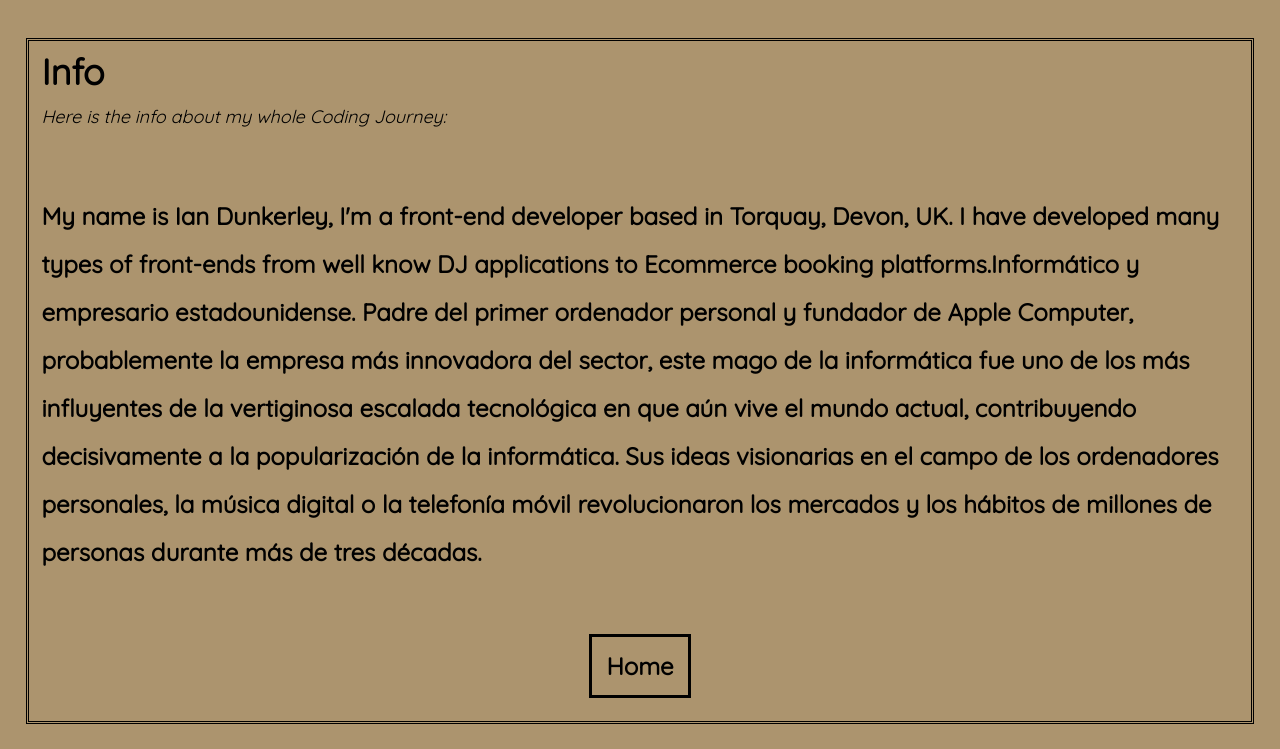
Repository: rickypcyt/ricky-react-portfolio
Page: /Info
An editor plug-in stored every save of this project. The page is shown before and after the next save, followed by the edit.
The browser window is 1280 px wide. The pictures show the whole page.
The project was rebuilt for these pictures with package versions that can differ from the ones it lists, and the page was loaded fresh each time. Also part of the build but not shown: src/Content.js, src/pages/Projects.js, src/pages/Contact.js, src/pages/WebMural.js, src/pages/NotesJS.js.

Above is the page before, as saved 2022-09-12 15:17:40.

### src/index.js
import React from "react";
import ReactDOM from "react-dom/client";
import "./index.css";
import App from "./App";
import reportWebVitals from "./reportWebVitals";
import { BrowserRouter, Routes, Route, Switch } from "react-router-dom";

const root = ReactDOM.createRoot(document.getElementById("root"));
root.render(
  <React.StrictMode>
    <BrowserRouter>
      <App />
    </BrowserRouter>
  </React.StrictMode>
);

// If you want to start measuring performance in your app, pass a function
// to log results (for example: reportWebVitals(console.log))
// or send to an analytics endpoint. Learn more: https://bit.ly/CRA-vitals
reportWebVitals();

### src/index.css
@import url("https://fonts.googleapis.com/css2?family=Quicksand");

input[type="file"] {
  display: none;
}
.container {
  top: 0%;
  left: 0%;
}
::marker {
  display: none;
}
.image-container {
  width: 100%;
  margin: auto;
  display: flex;
  flex-direction: row;
  justify-content: space-evenly;
  gap: 15px;
  padding: 10px;
}
body {
  line-height: 1;
  font-family: "Quicksand";
  font-size: large;
  margin: 2%;
  padding: 1%;
  border-style: double;
  margin-top: 3%;
  background: #ac946e;
}
ol {
  list-style: none;
  display: flex;
  padding: 0;
  justify-content: space-around;
  align-items: flex-start;
  display: flex;
  flex-wrap: wrap;
  align-content: center;
}
.content {
  position: absolute;
  right: calc(var(--pad) * 2);
  bottom: calc(var(--pad) * 2);
  white-space: nowrap;
}
.parrafo {
  line-height: 1.5;
  text-align: end;
  font-size: larger;
}
.parrafo span {
  display: block;
}
.titulo {
  margin: 0;
}
.oli {
  font-weight: bold;
  border-style: solid;
  font-size: x-large;
  padding: 1ch;
}
.descripcion {
  font-weight: lighter;
  font-style: oblique;
}
.oli:hover {
  color: black;
  border-style: dotted;
}
.page {
  padding-top: 2%;
  padding-bottom: 3%;
}
.pageContact {
  padding-top: 8%;
  padding-bottom: 9%;
}
.cabeceranavi {
  padding-bottom: 1%;
}
p {
  font-weight: bold;
}
a {
  color: black;
  text-decoration: none;
  padding: 0ch;
}
span {
  font-size: larger;
}
li {
  width: 7%;
  height: 10%;
}
ul {
  list-style-type: none;
  margin: 0%;
  display: flex;
  align-items: center;
  flex-direction: row;
  padding-top: 5%;
  padding-bottom: 5%;
  padding-left: 0%;
  justify-content: space-around;
}
.imagenes {
  display: block;
  height: auto;
  width: auto;
  padding-top: 5%;
  padding-bottom: 5%;
}

.imagenesproyect {
  position: relative;
}
.fixer {
  display: flex;
  flex-direction: row;
  justify-content: space-evenly;
  padding-bottom: 3%;
}
.overlay {
  position: absolute;
  top: 0.83cm;

  background: rgb(0, 0, 0);
  background: rgb(2, 0.3, 0.9, 0.6); /* Black see-through */
  color: #f1f1f1;
  width: 100%;
  transition: 0.5s ease;
  color: white;
  text-align: center;
  font-size: 20px;
  padding-top: 20px;
  padding-bottom: 20px;
  opacity: 0;
}
.imagenesproyect:hover .overlay {
  opacity: 1;
}
.overlay2 {
  position: absolute;
  bottom: 8%;
  background: rgb(0, 0, 0);
  background: rgba(40, 40, 40, 0.6); /* Black see-through */
  color: #f1f1f1;
  width: 100%;
  transition: 0.5s ease;
  color: white;
  text-align: center;
  font-size: 20px;
  padding-top: 20px;
  padding-bottom: 20px;
  opacity: 0;
}
.imagenesproyect:hover .overlay2 {
  opacity: 1;
}

.homeinfo {
  font-size: x-large;
  line-height: 200%;
}

@media screen and (max-width: 1340px) {
  .fixer {
    flex-direction: column;
    justify-content: center;
  }
  .imagenes {
    height: auto;
    width: 100%;
  }
  ol {
  }
}

.image-container {
  width: auto;
  margin: auto;
  /* display: flex; */
  flex-wrap: wrap;
  gap: 15px;
  padding: 10px;
}

.image-container img {
  max-width: 100%;
  max-height: 225px;
}

.container .image-container .image {
  border: 4px solid black;
  overflow: hidden;
  /* cursor: pointer; */
}

.container .image-container .image img {
  height: 100%;
  width: 100%;
}
@media (max-width: 700px) {
  .image-container img {
    max-height: -10px;
  }
  .cabeceranavi{
    padding-bottom: 7%;
  }
}

.image:hover {
  transform: scale(1.15); /* (150% zoom - Note: if the zoom is too large, it will go outside of the viewport) */
}

### src/App.js
import Content from "./Content";
import Info from "./pages/Info";
import Projects from "./pages/Projects";
import Contact from "./pages/Contact";
import WebMural from "./pages/WebMural";
import NotesJS from "./pages/NotesJS";
import { Route, Routes, Switch } from "react-router-dom";

function App() {
  return (
    <>
      <Routes>
        <Route path="/" element={<Content />}/>
        <Route path="/Projects" element={<Projects />} />
        <Route path="/Info" element={<Info />} />
        <Route path="/Contact" element={<Contact />} />
        <Route path="/WebMural" element={<WebMural />} />
        <Route path="/NotesJS" element={<NotesJS />} />
      </Routes>
    </>
  );
}
export default App;

### src/pages/Info.js
import { Link, useMatch, useResolvedPath } from "react-router-dom";
export default function Info() {
  return (
    <main>
      <div id="Page">
        <div className="cabecera">
          <h1 className="titulo">Info </h1>
          <p className="descripcion">
            Here is the info about my whole Coding Journey:
          </p>
        </div>
        <div className="separador">
          <section className="page" style={{ display: "block", opacity: 1 }}>
            <div className="homeinfo">
              <p>
                My name is Ian Dunkerley, I'm a front-end developer based in
                Torquay, Devon, UK. I have developed many types of front-ends
                from well know DJ applications to Ecommerce booking
                platforms.Informático y empresario estadounidense. Padre del
                primer ordenador personal y fundador de Apple Computer,
                probablemente la empresa más innovadora del sector, este mago de
                la informática fue uno de los más influyentes de la vertiginosa
                escalada tecnológica en que aún vive el mundo actual,
                contribuyendo decisivamente a la popularización de la
                informática. Sus ideas visionarias en el campo de los
                ordenadores personales, la música digital o la telefonía móvil
                revolucionaron los mercados y los hábitos de millones de
                personas durante más de tres décadas.
              </p>
            </div>
          </section>
          <nav className="cabeceranavi">
            <ol>
              <div>
                <CustomLink to="/" className="oli">
                  Home
                </CustomLink>
              </div>
            </ol>
          </nav>
        </div>
      </div>
    </main>
  );
}

function CustomLink({ to, children, ...props }) {
  const resolvedPath = useResolvedPath(to);
  const isActive = useMatch({ path: resolvedPath.pathname, end: true });
  return (
    <li className={isActive ? "active" : ""}>
      <Link to={to} {...props}>
        {children}
      </Link>
    </li>
  );
}

Loaded but not shown: public/index.html (common file); src/reportWebVitals.js (common file)

After the next save:
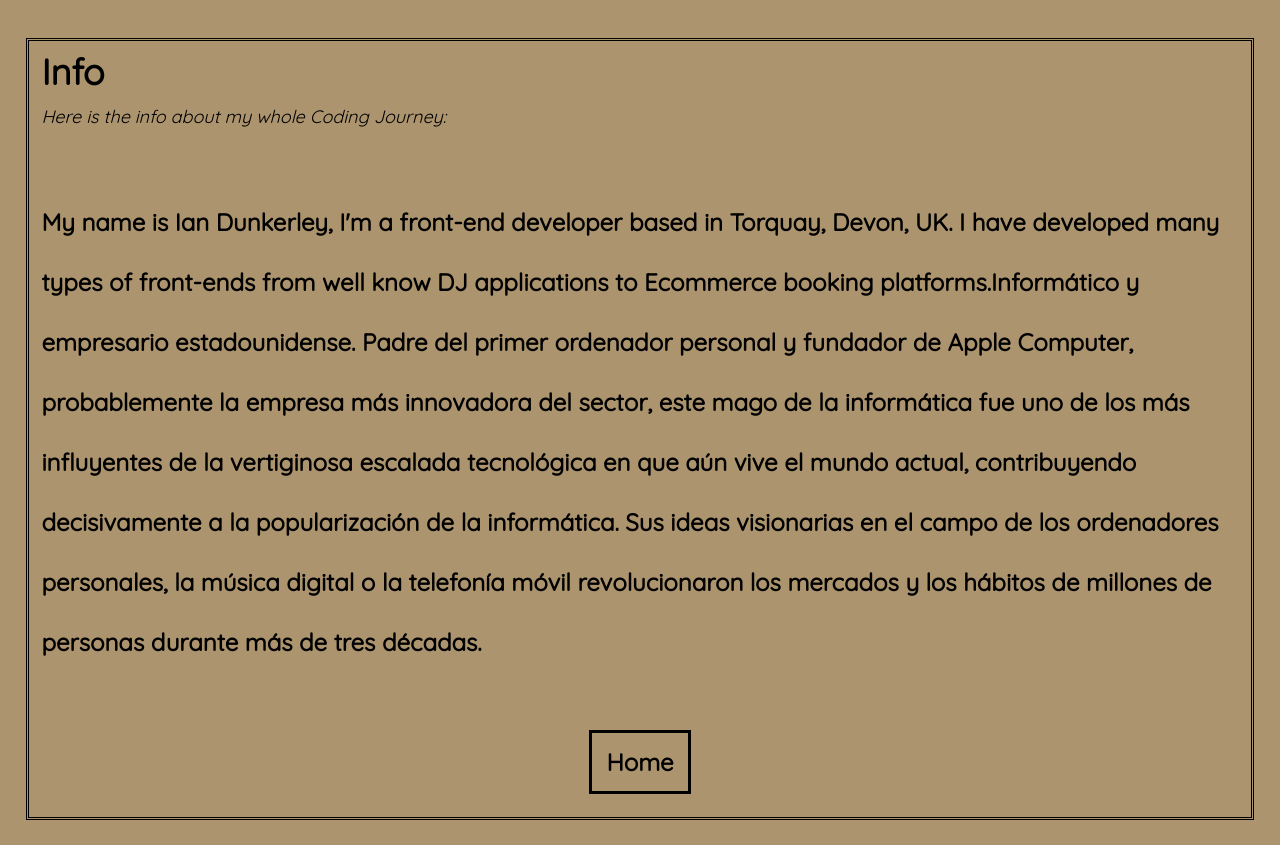
Saved 7 s later.
--- a/src/index.css
+++ b/src/index.css
@@ -164,7 +164,7 @@ ul {
 
 .homeinfo {
   font-size: x-large;
-  line-height: 200%;
+  line-height: 250%;
 }
 
 @media screen and (max-width: 1340px) {
